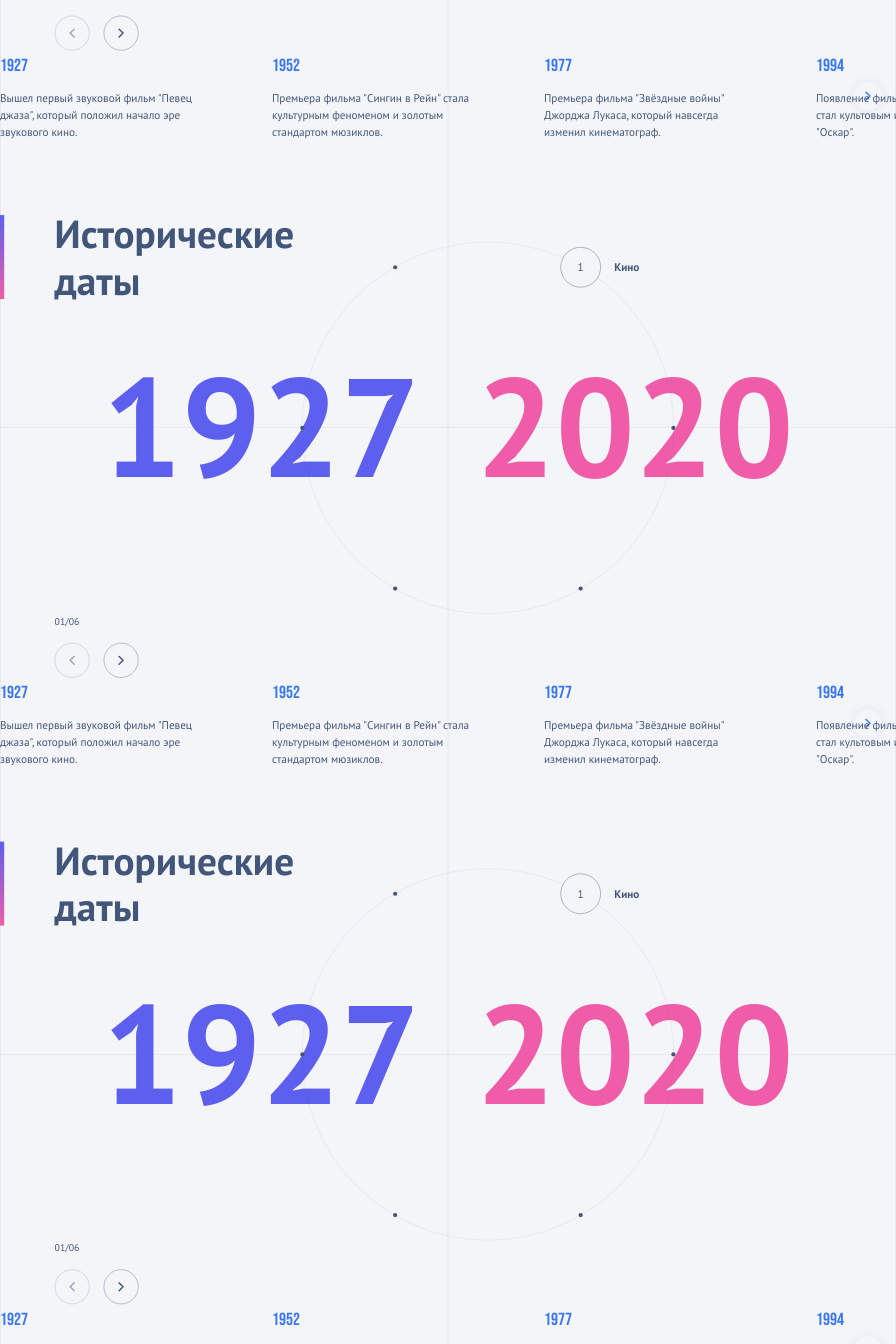
Repository: LenarTulupov/only
Page: /
An editor plug-in stored every save of this project. The page is shown before and after the next save, followed by the edit.
The browser window is 1280 px wide. The pictures show the part of the page from y = 646 to 2566 px (the page is 3582 px tall before and 896 px after), at 70% of full size.
The project was rebuilt for these pictures with package versions that can differ from the ones it lists, and the page was loaded fresh each time.

Above is the page before, as saved 2024-12-18 13:25:29.

After the next save:
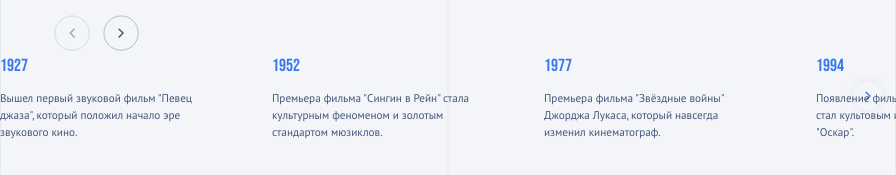
Saved 6 s later.
--- a/src/pages/home/page.tsx
+++ b/src/pages/home/page.tsx
@@ -13,9 +13,6 @@ export default function HomePage() {
             className={styles.divider_vertical}
           />
           <HistorySection />
-          <HistorySection />
-          <HistorySection />
-          <HistorySection />
         </div>
       </Container>
     </div>
